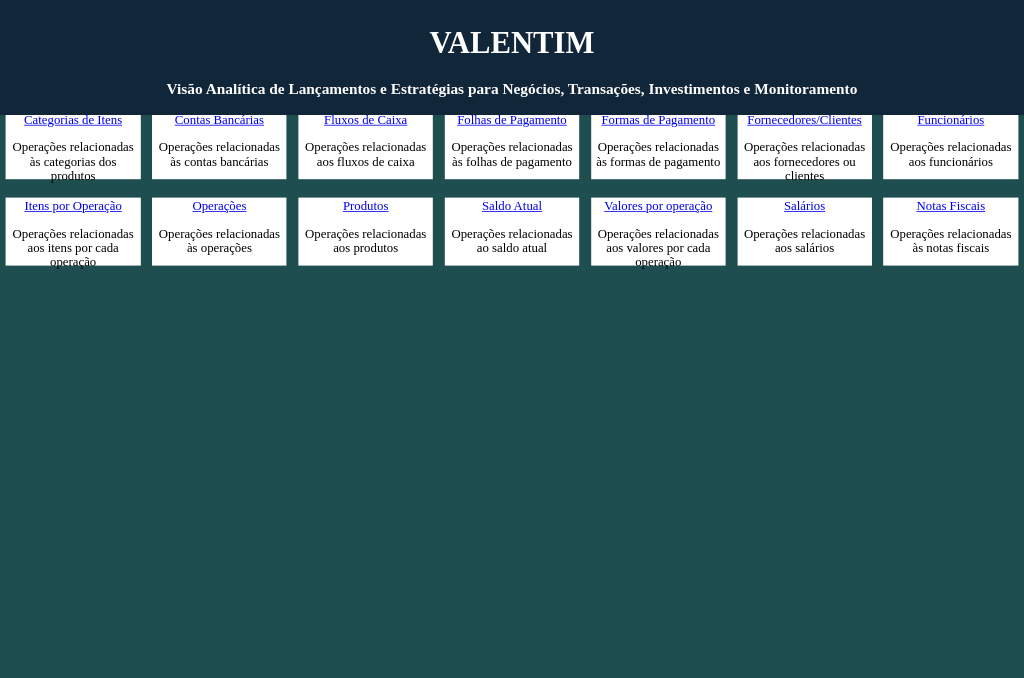
Repository: Matheus-Lacerda009/ERP-Financeiro
Page: Front/menu/menu.html
The author's editor kept a copy of each file at every save. The page is drawn from the files as they stood at one save, then again after a run of saves.
The browser window is 1280 px wide. The pictures show the whole page, at 80% of full size.

Above is the page before, as saved 2026-07-13 18:50:32.

### Front/menu/menu.html
<!DOCTYPE html>
<html lang="en">
<head>
    <meta charset="UTF-8">
    <meta name="viewport" content="wclassth=device-wclassth, initial-scale=1.0">
    <link rel="stylesheet" href="menu.css">
    <title>Document</title>
</head>
<body>
    <header>
        <h1>VALENTIM</h1>
        <h2>Visão Analítica de Lançamentos e Estratégias para Negócios, Transações, Investimentos e Monitoramento</h2>
    </header>
    <main>
        <div id="espaço"></div>
        <div class="container">
            <div class="divEntidades">
                <a href="../categoria_item/categoria_item.html">Categorias de Itens</a>
                <p>Operações relacionadas às categorias dos produtos</p>
            </div>
            <div class="divEntidades">
                <a href="../conta_bancaria/conta_bancaria.html">Contas Bancárias</a>
                <p>Operações relacionadas às contas bancárias</p>
            </div>
            <div class="divEntidades">
                <a href="../fluxo_caixa/fluxo_caixa.html">Fluxos de Caixa</a>
                <p>Operações relacionadas aos fluxos de caixa</p>
            </div>
            <div class="divEntidades">
                <a href="../folha_pagamento/folha_pagamento.html">Folhas de Pagamento</a>
                <p>Operações relacionadas às folhas de pagamento</p>
            </div>
            <div class="divEntidades">
                <a href="../forma_pagamento/forma_pagamento.html">Formas de Pagamento</a>
                <p>Operações relacionadas às formas de pagamento</p>
            </div>
            <div class="divEntidades">
                <a href="../fornecedor_cliente/fornecedor_cliente.html">Fornecedores/Clientes</a>
                <p>Operações relacionadas aos fornecedores ou clientes</p>
            </div>
            <div class="divEntidades">
                <a href="../funcionario/funcionario.html">Funcionários</a>
                <p>Operações relacionadas aos funcionários</p>
            </div>
            <div class="divEntidades">
                <a href="../itens_operacao/itens_operacao.html">Itens por Operação</a>
                <p>Operações relacionadas aos itens por cada operação</p>
            </div>
            <div class="divEntidades">
                <a href="../operacao/operacao.html">Operações</a>
                <p>Operações relacionadas às operações</p>
            </div>
            <div class="divEntidades">
                <a href="../produtos/produtos.html">Produtos</a>
                <p>Operações relacionadas aos produtos</p>
            </div>
            <div class="divEntidades">
                <a href="../saldoAtual/saldoAtual.html">Saldo Atual</a>
                <p>Operações relacionadas ao saldo atual</p>
            </div>
            <div class="divEntidades">
                <a href="../valor_pVenda/valor_pVenda.html">Valores por operação</a>
                <p>Operações relacionadas aos valores por cada operação</p>
            </div>
            <div class="divEntidades">
                <a href="../valor_salario/valor_salario.html">Salários</a>
                <p>Operações relacionadas aos salários</p>
            </div>
            <div class="divEntidades">
                <a href="../notaFiscal/nota_fiscal.html">Notas Fiscais</a>
                <p>Operações relacionadas às notas fiscais</p>
            </div>
        </div>
    </main>
</body>
</html>

### Front/menu/menu.css
header{
    position: fixed;
    top: 0;
    left: 0;
    width: 100%;
    height: 20%;
    background-color: #12263A;
    z-index: 1;
    text-align: center;
    align-content: center;
}

header, h1{
    font-size: 300%;
    color: white;
    font-size: 3vw;
}

header, h2{
    color: white;
    font-size: 1.5vw;
}

body{
    margin: 0;
    padding: 0;
    background-color: #1f4e50;
}

.container{
    margin-top: 10%;
    height: 100vh;
    width: 100%;
    box-sizing: border-box;
    display: grid;
    grid-template-columns: repeat(7, 2fr);
    align-content: start;
}

.divEntidades{
    height: 75%;
    width: 90%;
    background-color: white;
    margin: auto;
    text-align: center;
    align-content: center;
    padding: 1%;
}

After the next 2 saves:
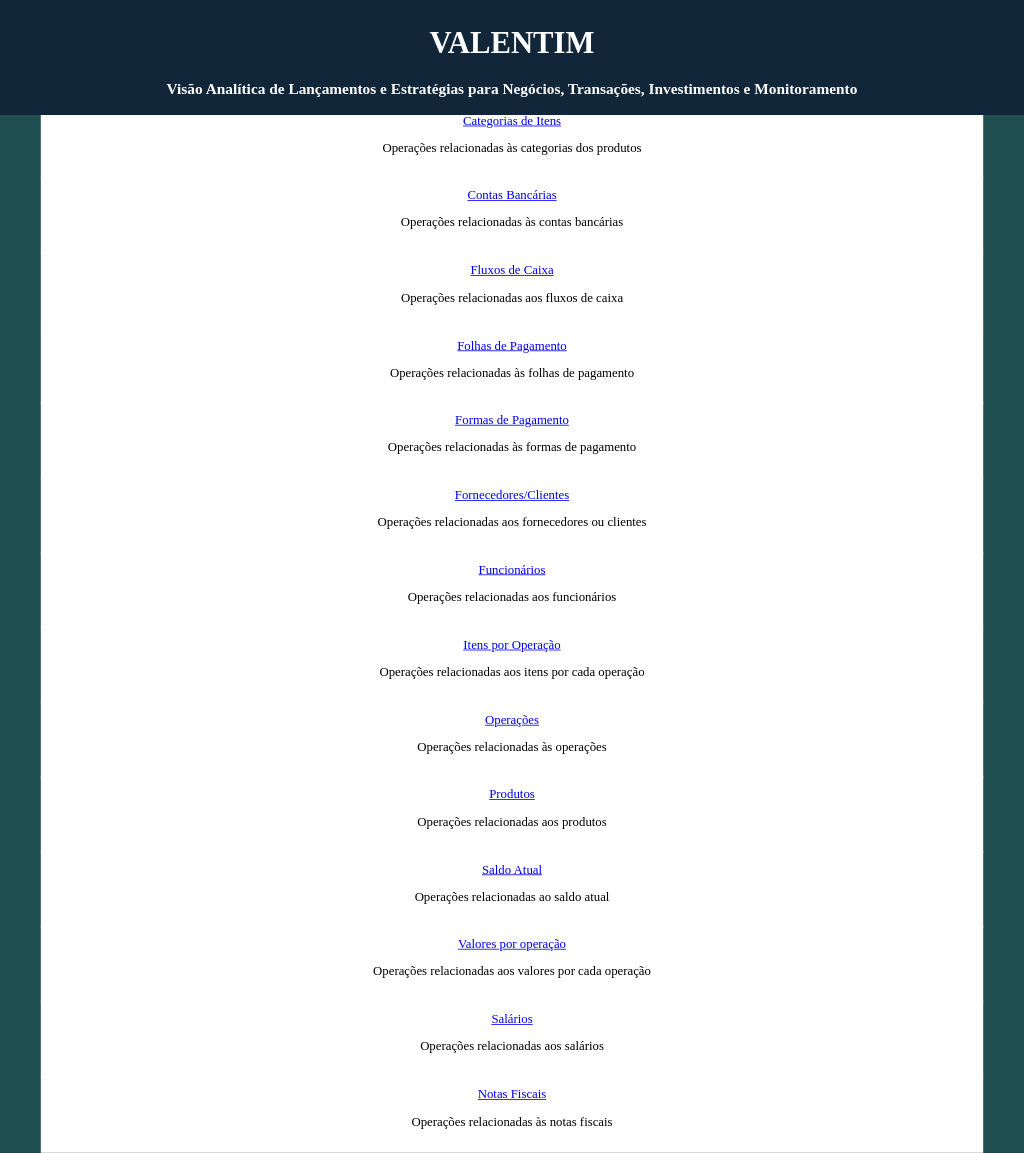
The 2 saves are shown as one change because they came seconds apart.
The last was saved 3 min 25 s later.
--- a/Front/menu/menu.css
+++ b/Front/menu/menu.css
@@ -33,7 +33,7 @@ body{
     width: 100%;
     box-sizing: border-box;
     display: grid;
-    grid-template-columns: repeat(7, 2fr);
+    grid-template-columns: repeat(, 3fr);
     align-content: start;
 }
 
